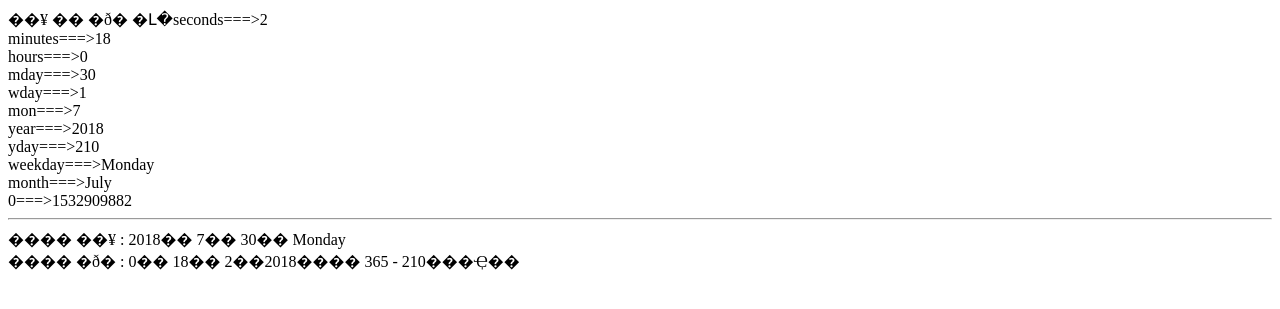
Repository: 2ujin/2018-PHP-afterschool
Page: http://localhost/CH08/01_getdate.php
These files come from the project's save history. The page is drawn as it stood at one moment and after a run of saves; the edit follows.
The browser window is 1280 px wide. The pictures show the whole page.
The page is run by PHP 8.4 with error messages shown; the project is at /var/www/html/.

Above is the page before, as saved 2018-08-01 00:31:55.

### PHPStudy/CH08/01_getdate.php
<?php

echo "날짜 및 시간 함수";

$today = getdate();

foreach($today as $key=>$value)
    echo $key."===>".$value."<br>";

    echo "<hr>";

    echo "오늘 날짜 : $today[year]년 $today[mon]월 $today[mday]일 $today[weekday] <br> ";
    echo "지금 시간 : $today[hours]시 $today[minutes]분 $today[seconds]초";
    echo "$today[year]년이 365 - $today[yday]남았어요";

    ?>

After the next 3 saves:
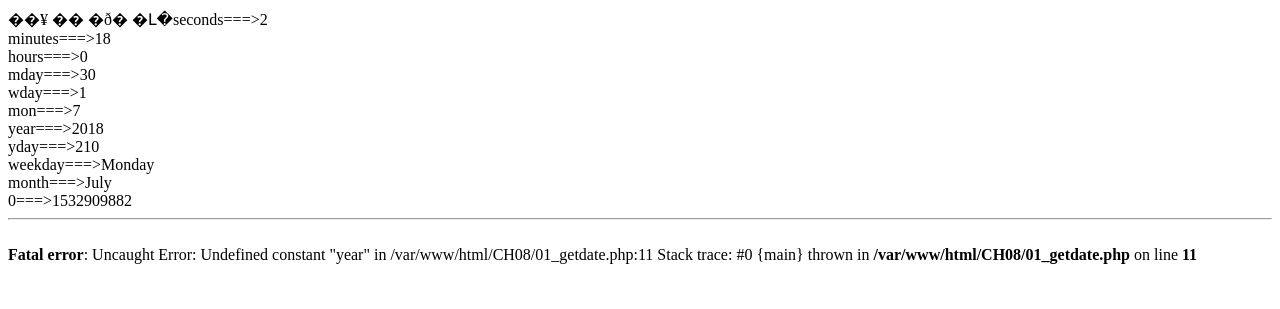
The 3 saves are shown as one change because they came seconds apart.
The last was saved 26 s later.
--- a/PHPStudy/CH08/01_getdate.php
+++ b/PHPStudy/CH08/01_getdate.php
@@ -8,9 +8,10 @@ foreach($today as $key=>$value)
     echo $key."===>".$value."<br>";
 
     echo "<hr>";
-
+    $result = 365 - $today[year];
     echo "오늘 날짜 : $today[year]년 $today[mon]월 $today[mday]일 $today[weekday] <br> ";
     echo "지금 시간 : $today[hours]시 $today[minutes]분 $today[seconds]초";
-    echo "$today[year]년이 365 - $today[yday]남았어요";
+    echo "$today[year]년이 365 - $today[year]년남았어요";
+
 
     ?>
